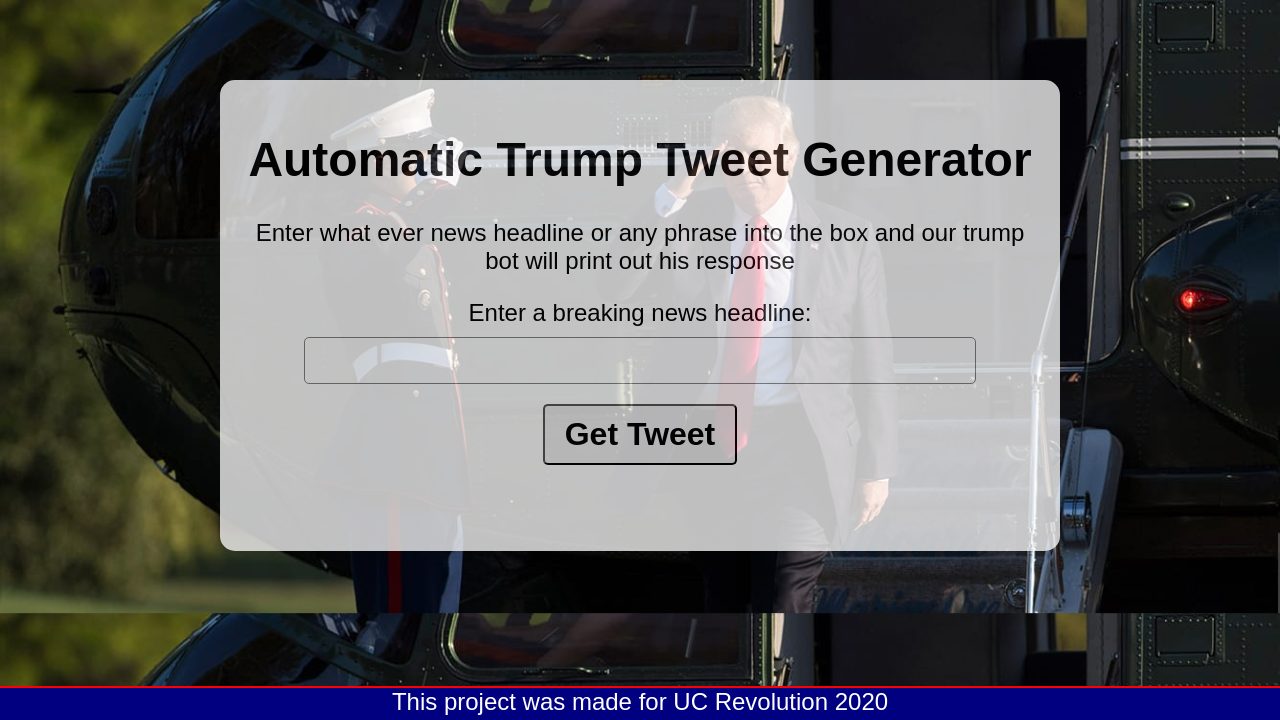
Repository: Yang4292/ai-donald
Page: http://localhost/
The author's editor kept a record of every edit. The page is drawn from the files as they stood at one moment, then again after the next edit.
The browser window is 1280 px wide. The pictures show the whole page.
The page is served by the project's application, run on Flask 3 (FlaskServer.py).

Above is the page before.

After the next edit:
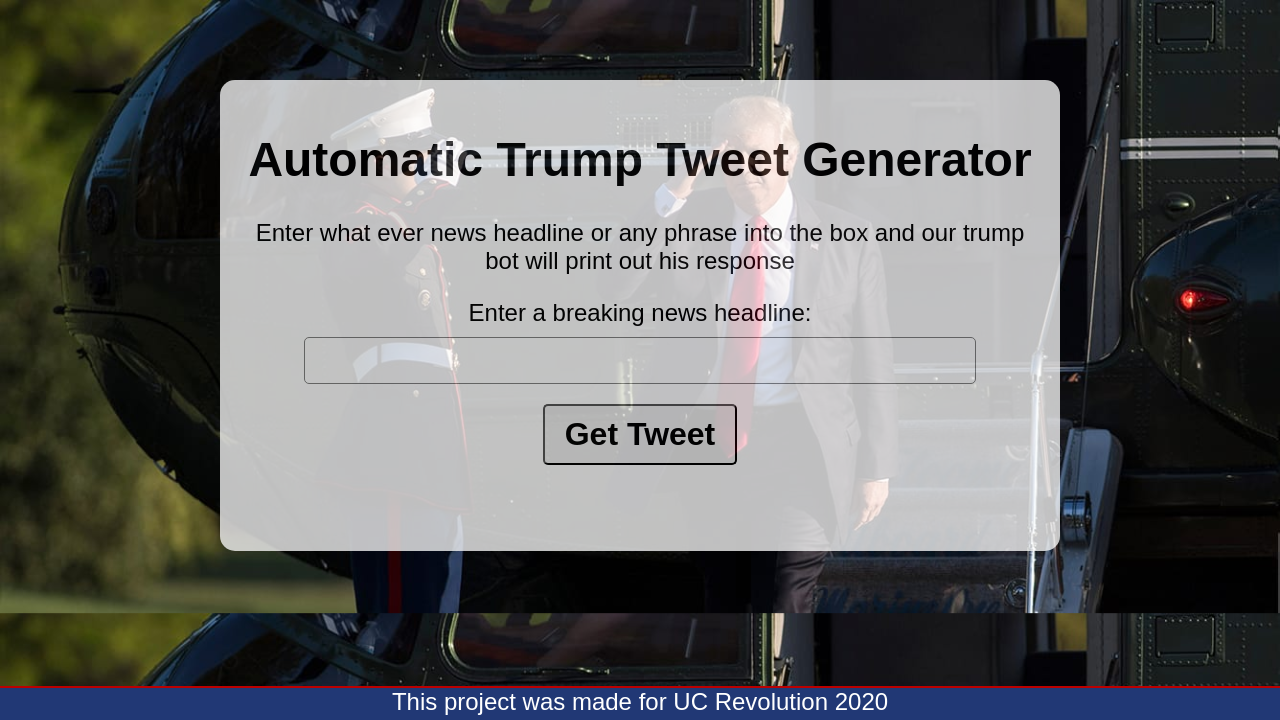
The edit:
--- a/static/theme.css
+++ b/static/theme.css
@@ -42,8 +42,8 @@
 .bottomBar {
     position:fixed;
     height:2rem;
-    background-color:navy;
-    border-top:2px solid red;
+    background-color:#213875;
+    border-top:2px solid #bc0000;
     bottom:0px;
     right:0px;
     left:0px;
